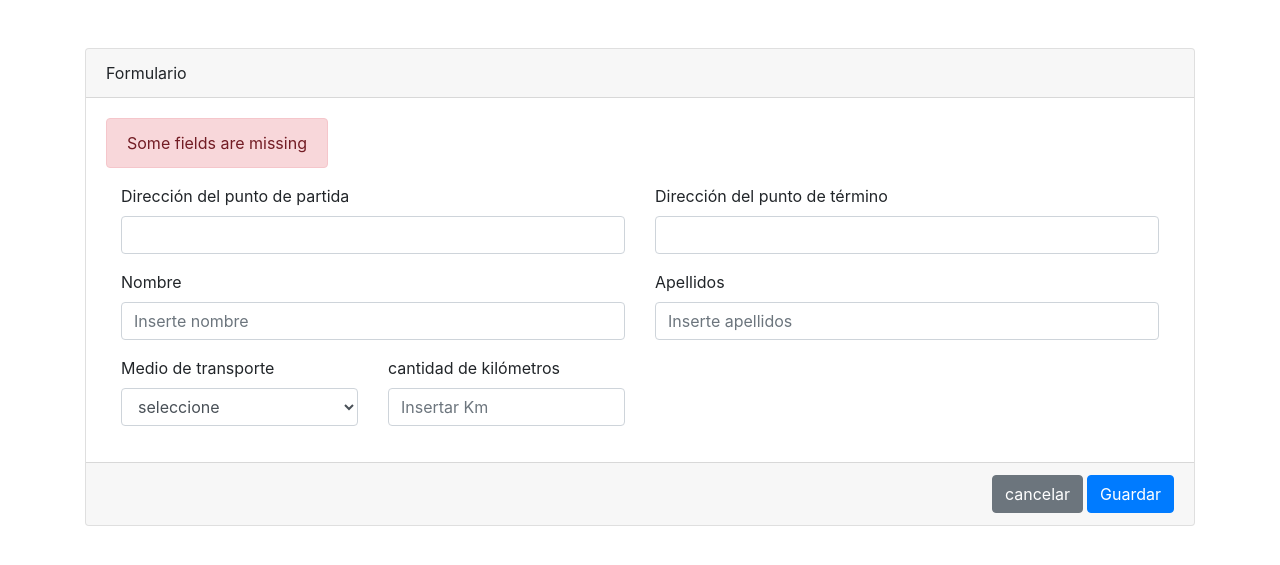
Repository: Jassan851031/foreachTask
Page: /
An editor plug-in stored every save of this project. The page is shown before and after the next save, followed by the edit.
The browser window is 1280 px wide. The pictures show the whole page.
The project was rebuilt for these pictures with package versions that can differ from the ones it lists, and the page was loaded fresh each time. Also part of the build but not shown: src/App.css.

Above is the page before, as saved 2020-03-23 13:43:08.

### src/index.js
import React from 'react';
import ReactDOM from 'react-dom';
import 'bootstrap/dist/css/bootstrap.min.css';
import 'font-awesome/css/font-awesome.min.css';
import './index.css';
import App from './App';
import * as serviceWorker from './serviceWorker';


 // Add js files
 import 'jquery';
 import 'popper.js';
 import 'bootstrap';

ReactDOM.render(
  <React.StrictMode>
    <App />
  </React.StrictMode>,
  document.getElementById('root')
);

// If you want your app to work offline and load faster, you can change
// unregister() to register() below. Note this comes with some pitfalls.
// Learn more about service workers: https://bit.ly/CRA-PWA
serviceWorker.unregister();

### src/App.js
import React from 'react';
import './App.css';

function App() {
  return (
    <div className="container mt-5">
      <div className="row">
        <div className="col-md-12">
          <form>
            <div className="card">
              <div className="card-header">
                Formulario
              </div>
              <div className="card-body">
                <div className="container">
                  <div className="row">
                    <div id="col-md-12">
                      <div className="alert alert-danger">
                        Some fields are missing
                      </div>
                    </div>
                  </div>
                  <div className="row">
                    <div className="col-md-6">
                      <div className="form-g roup">
                        <label className="form-label">Dirección del punto de partida</label>
                        <input type="text" id="no_card" className="form-control" />
                      </div>
                    </div>
                    <div className="col-md-6">
                      <div className="form-group">
                        <label className="form-label">Dirección del punto de término</label>
                        <input type="text" id="key" className="form-control" />
                      </div>
                    </div>
                  </div>
                  <div className="row">
                    <div className="col-md-6">
                      <div className="form-group">
                        <label className="form-label">Nombre</label>
                        <input type="text" id="nombre" className="form-control" placeholder="Inserte nombre" />
                      </div>
                    </div>
                    <div className="col-md-6">
                      <div className="form-group">
                        <label className="form-label">Apellidos</label>
                        <input type="text" id="apellidos" className="form-control" placeholder="Inserte apellidos" />
                      </div>
                    </div>
                  </div>
                  <div className="row">
                    <div className="col-md-3">
                      <div className="form-group">
                        <label className="form-label">Medio de transporte</label>
                        <select id="estado" className="form-control">
                          <option value="">seleccione</option>
                          <option value="1"> option 1</option>
                          <option value="1"> option 2</option>
                          <option value="1"> option 3</option>
                          <option value="1"> option 4</option>
                        </select>
                      </div>
                    </div>
                    <div className="col-md-3">
                      <div className="form-group">
                        <label className="form-label">cantidad de kilómetros</label>
                        <input type="text" id="postal" className="form-control" placeholder="Insertar Km" />
                      </div>
                    </div>
                  </div>
                </div>
              </div>
              <div className="card-footer text-right">
                <button className="btn btn-secondary mr-1">cancelar</button>
                <button className="btn btn-primary">Guardar</button>
              </div>
            </div>
          </form>
        </div>
      </div>
    </div>
  );
}

export default App;

Loaded but not shown: public/index.html (common file); src/index.css (common file); src/serviceWorker.js (common file)

After the next save:
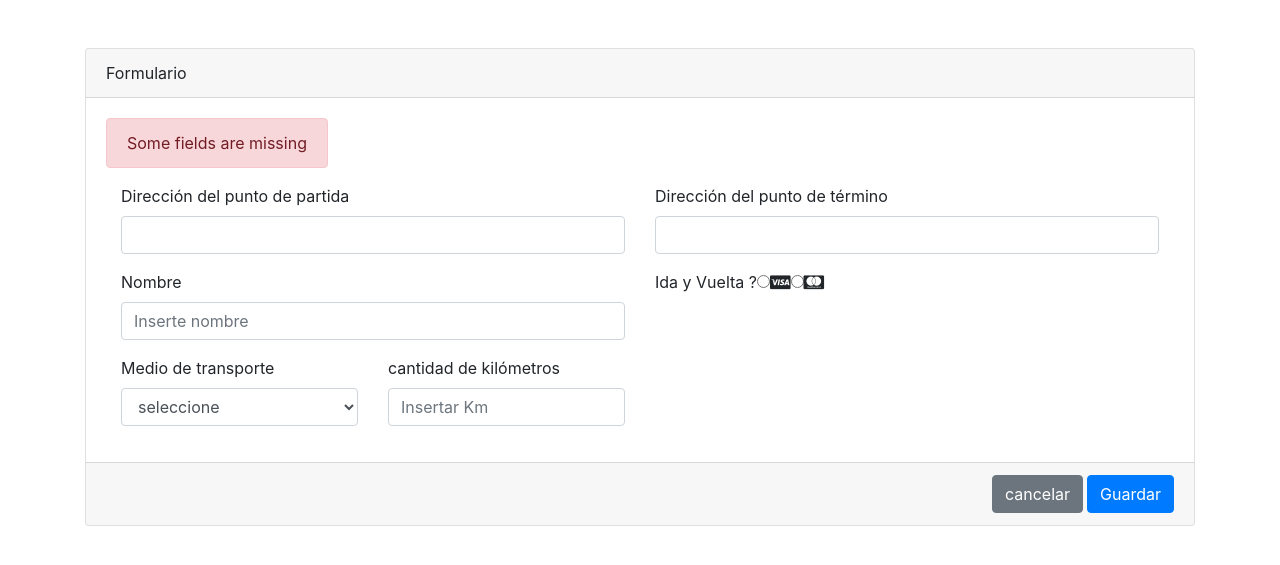
Saved 5 min 51 s later.
--- a/src/App.js
+++ b/src/App.js
@@ -43,42 +43,45 @@ function App() {
                     </div>
                     <div className="col-md-6">
                       <div className="form-group">
-                        <label className="form-label">Apellidos</label>
-                        <input type="text" id="apellidos" className="form-control" placeholder="Inserte apellidos" />
+                        <label className="form-label">Ida y Vuelta ?</label>
+                        <input type="radio" name="med_pago" value="visa" />
+                          <i class="fa fa-cc-visa"></i>
+                          <input type="radio" name="med_pago" value="mastercard" />
+                            <i class="fa fa-cc-mastercard"></i>
+                      </div>
+                    </div>
+                      </div>
+                      <div className="row">
+                        <div className="col-md-3">
+                          <div className="form-group">
+                            <label className="form-label">Medio de transporte</label>
+                            <select id="estado" className="form-control">
+                              <option value="">seleccione</option>
+                              <option value="1"> option 1</option>
+                              <option value="1"> option 2</option>
+                              <option value="1"> option 3</option>
+                              <option value="1"> option 4</option>
+                            </select>
+                          </div>
+                        </div>
+                        <div className="col-md-3">
+                          <div className="form-group">
+                            <label className="form-label">cantidad de kilómetros</label>
+                            <input type="text" id="postal" className="form-control" placeholder="Insertar Km" />
+                          </div>
+                        </div>
                       </div>
                     </div>
                   </div>
-                  <div className="row">
-                    <div className="col-md-3">
-                      <div className="form-group">
-                        <label className="form-label">Medio de transporte</label>
-                        <select id="estado" className="form-control">
-                          <option value="">seleccione</option>
-                          <option value="1"> option 1</option>
-                          <option value="1"> option 2</option>
-                          <option value="1"> option 3</option>
-                          <option value="1"> option 4</option>
-                        </select>
-                      </div>
-                    </div>
-                    <div className="col-md-3">
-                      <div className="form-group">
-                        <label className="form-label">cantidad de kilómetros</label>
-                        <input type="text" id="postal" className="form-control" placeholder="Insertar Km" />
-                      </div>
-                    </div>
+                  <div className="card-footer text-right">
+                    <button className="btn btn-secondary mr-1">cancelar</button>
+                    <button className="btn btn-primary">Guardar</button>
                   </div>
                 </div>
-              </div>
-              <div className="card-footer text-right">
-                <button className="btn btn-secondary mr-1">cancelar</button>
-                <button className="btn btn-primary">Guardar</button>
-              </div>
+          </form>
             </div>
-          </form>
+      </div>
         </div>
-      </div>
-    </div>
   );
 }
 
